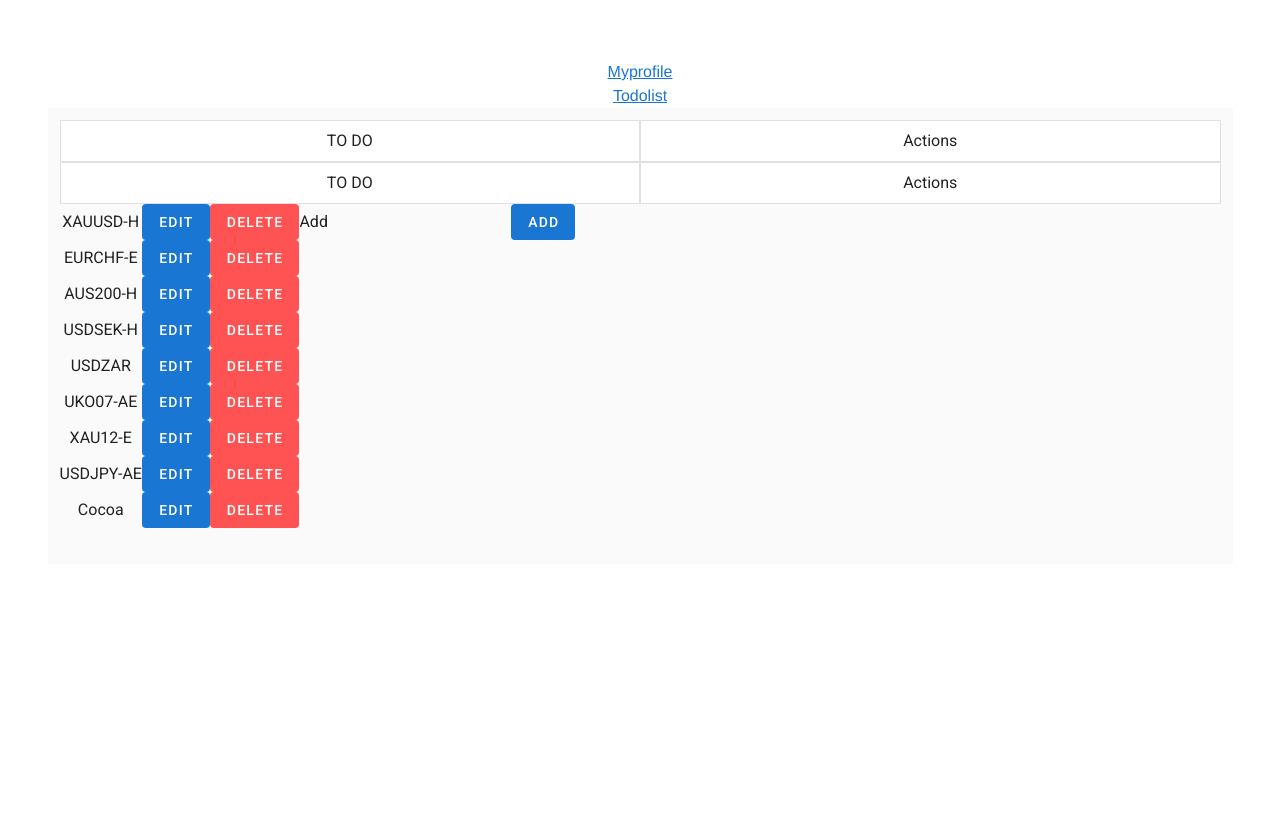
Repository: Shanshan67/todolist
Page: /#/todolist
An editor plug-in stored every save of this project. The page is shown before and after the next save, followed by the edit.
The browser window is 1280 px wide. The pictures show the whole page.
The project was rebuilt for these pictures with package versions that can differ from the ones it lists, and the page was loaded fresh each time. Requests to the local data server were answered from the project's data file. Also part of the build but not shown: src/pages/Dashboard.vue, src/components/Search.vue, src/components/List.vue, src/pages/Myprofile.vue.

Above is the page before, as saved 2022-07-20 19:46:37.

### index.html
<!DOCTYPE html>
<html>
  <head>
    <meta charset="utf-8">
    <meta name="viewport" content="width=device-width,initial-scale=1.0">
    <link href="https://fonts.googleapis.com/css?family=Roboto:100,300,400,500,700,900" rel="stylesheet">
    <link href="https://cdn.jsdelivr.net/npm/@mdi/font@6.x/css/materialdesignicons.min.css" rel="stylesheet">
    <title>baoge</title>
  </head>
  <body>
    <div id="app"></div>
    <!-- built files will be auto injected -->
  </body>
</html>

### src/main.js
// The Vue build version to load with the `import` command
// (runtime-only or standalone) has been set in webpack.base.conf with an alias.
import Vue from 'vue'
import App from './App'
import router from './router'
import store from './store'
import './plugins/vuetify'
import vuetify from '@/plugins/vuetify'

Vue.config.productionTip = false

/* eslint-disable no-new */
new Vue({
  el: '#app',
  router,
  store,
  vuetify,
  components: { App },
  template: '<App/>'
})

### src/App.vue
<template>
  <v-app>
    <div>
      <HelloWorld/>
    </div>
    <div>
      <router-link to="/profile">Myprofile</router-link>
      <v-spacer></v-spacer>
      <router-link to="/todolist">Todolist</router-link>
    </div>
    <v-content>
      <router-view/>
    </v-content>
  </v-app>
</template>

<script>
import Dashboard from './pages/Dashboard.vue';
export default {
    name: "App",
    components: { Dashboard }
}
</script>

<style>
#app {
  font-family: 'Avenir', Helvetica, Arial, sans-serif;
  -webkit-font-smoothing: antialiased;
  -moz-osx-font-smoothing: grayscale;
  text-align: center;
  color: #2c3e50;
  margin-top: 60px;
}
</style>

### src/router/index.js
import Vue from 'vue'
import Router from 'vue-router'
import Dashboard from '@/pages/Dashboard'
import Myprofile from '../pages/Myprofile'
import Todolist from '../pages/Todolist'

Vue.use(Router)

export default new Router({
  routes: [
    {
      path: '/',
      name: 'Dashboard',
      component: Dashboard
    },
    {
			path:'/profile',
			component:Myprofile
		},
		{
			path:'/todolist',
			component:Todolist
		}
  ]
})

### src/store/index.js
import Vue from 'vue'
import Vuex from 'vuex'
import Axios from "axios"

Vue.use(Vuex)

const todoUrl = "http://localhost:3000/todos";

const actions = {
	searchName(context,value){
		Axios.get(`${todoUrl}/${value}`).then(response => {
            context.commit('searchName', response.data);
			console.log(response.data)
        });
	}
}


const mutations = {
	searchName(state,data){
		state.users = data
	}
}

const state = {
	users:[]
}

export default new Vuex.Store({
	state,
	actions,
	mutations
})

### src/plugins/vuetify.js
// src/plugins/vuetify.js

import Vue from 'vue'
import Vuetify from 'vuetify'
import 'vuetify/dist/vuetify.min.css'

Vue.use(Vuetify, {
    iconfont: 'md',
    theme:{
        primary: '#962ff',
        success: '#3cd1c2',
        info: '#ffaa2c',
        error: '#f83e70',
    }
})

const opts = {}

export default new Vuetify(opts)

### src/pages/Todolist.vue
<template>
	<div>
		<v-app id="inspire">
    		<v-container class="grey lighten-5">
				<v-row class="mb-6" no-gutters>
					<v-col sm="5" md="6">
						<v-card class="pa-2" outlined tile>TO DO</v-card>
					</v-col>
					<v-col sm="5" offset-sm="2" md="6" offset-md="0">
          				<v-card class="pa-2" outlined tile>Actions</v-card>
        			</v-col>

					<v-col sm="5" md="6">
						<v-card class="pa-2" outlined tile>TO DO</v-card>
					</v-col>
					<v-col sm="5" offset-sm="2" md="6" offset-md="0">
          				<v-card class="pa-2" outlined tile>Actions</v-card>
        			</v-col>

					<tbody>
						<tr v-for="(item, i) in todoList" :key="i">
							<td class="align-middle w-75">
								{{item.name}}
							</td>
							<td class="align-middle text-center w-75">
								<v-btn
        							depressed
        							color="primary"
									@click="handleEdit(item.id)">Edit</v-btn>
      		 					<v-btn
        							depressed
        							color="error"
									@click="handleDelete(item.id)">Delete</v-btn>
							</td>
						</tr>
					</tbody>
					<tfoot>
						<td class="align-middle text-center w-75">
							<div class="form-group">
								<label for="">
									{{ editMode ? "Edit" : "Add" }}</label>
								<input
									type="text"
									class="form-control"
									v-model="todoItem.name"
								/>
							</div>
						</td>
						<td class="align-middle text-center w-25">
							<v-btn
        						depressed
        						color="primary"
								@click="handleToDoItem">{{ editMode ? "Edit" : "Add" }}</v-btn>
							<v-btn
								v-if="editMode"
        						depressed
        						color="error"
								@click="handleCancel">Cancel</v-btn>
						</td>
					</tfoot>
				</v-row>
			</v-container>
  		</v-app>
	</div>
</template>

<script>
	import Axios from "axios";
	const todoUrl = "http://localhost:3000/todos";
	export default {
		name:'Todolist',
		data() {
			return {
				todoList:[],
				todoItem:{},
				editMode:false
			}
		},
		methods: {
			handleEdit(id){
				this.editMode=true;
				this.todoItem=this.todoList.find((item) => item.id == id);
			},
			handleCancel() {
				this.editMode=false;
				this.todoItem="";
			},
			async handleToDoItem(){
				const id=this.todoItem.id;
				if(this.editMode){
					await Axios.put(`${todoUrl}/${id}`, this.todoItem);
					this.editMode=false;
					this.todoItem.name="";
				}else{
					await Axios.post(todoUrl, this.todoItem);
					this.todoItem.name = "";
				}
				Axios.get(todoUrl).then((response) => (this.todoList = response.data));
			},
			async handleDelete(id) {
				await Axios.delete(`${todoUrl}/${id}`);
				Axios.get(todoUrl).then((response) => (this.todoList = response.data));
			}
		},
		created() {
			Axios.get(todoUrl).then((response) => (this.todoList = response.data));
		}
	}
</script>

### db.json
{
  "todos": [
    {
      "id": 2,
      "server_id": 3,
      "name": "XAUUSD-H",
      "description": "Gold vs USD",
      "currency": "USD",
      "type": 4,
      "digits": 2,
      "trade": 0,
      "swap_long": -1.83625,
      "swap_short": 1.82325,
      "contract_size": 100
    },
    {
      "id": 3,
      "server_id": 3,
      "name": "EURCHF-E",
      "description": "Euro vs Swiss Franc",
      "currency": "EUR",
      "type": 6,
      "digits": 5,
      "trade": 0,
      "swap_long": 0.027,
      "swap_short": -0.825,
      "contract_size": 100000
    },
    {
      "id": 4,
      "server_id": 3,
      "name": "AUS200-H",
      "description": "S&P/ASX200",
      "currency": "AUD",
      "type": 4,
      "digits": 2,
      "trade": 0,
      "swap_long": 0.68,
      "swap_short": -1.06,
      "contract_size": 1
    },
    {
      "id": 5,
      "server_id": 3,
      "name": "USDSEK-H",
      "description": "US Dollar vs Swedish Krona",
      "currency": "USD",
      "type": 4,
      "digits": 5,
      "trade": 0,
      "swap_long": 0.256,
      "swap_short": -1.44,
      "contract_size": 100000
    },
    {
      "id": 6,
      "server_id": 3,
      "name": "USDZAR",
      "description": "US Dollar vs South African Rand",
      "currency": "USD",
      "type": 0,
      "digits": 5,
      "trade": 2,
      "swap_long": -23.004,
      "swap_short": 5.88,
      "contract_size": 100000
    },
    {
      "id": 8,
      "server_id": 3,
      "name": "UKO07-AE",
      "description": "Brent Crude Oil Cash Future 0124-0530",
      "currency": "USD",
      "type": 29,
      "digits": 3,
      "trade": 0,
      "swap_long": -8.604,
      "swap_short": 4.626,
      "contract_size": 1000
    },
    {
      "id": 9,
      "server_id": 3,
      "name": "XAU12-E",
      "description": "Gold Future",
      "currency": "USD",
      "type": 4,
      "digits": 2,
      "trade": 0,
      "swap_long": -11.088,
      "swap_short": 0.792,
      "contract_size": 100
    },
    {
      "id": 10,
      "server_id": 3,
      "name": "USDJPY-AE",
      "description": "US Dollar vs Japanese Yen",
      "currency": "USD",
      "type": 27,
      "digits": 3,
      "trade": 0,
      "swap_long": 1.35,
      "swap_short": -4.191,
      "contract_size": 100000
    },
    {
      "id": 11,
      "server_id": 3,
      "name": "Cocoa",
      "description": "US Cocoa",
      "currency": "USD",
      "type": 20,
      "digits": 1,
      "trade": 0,
      "swap_long": -12.3289,
      "swap_short": 7.3873,
      "contract_size": 10
    }
  ]
}

After the next save:
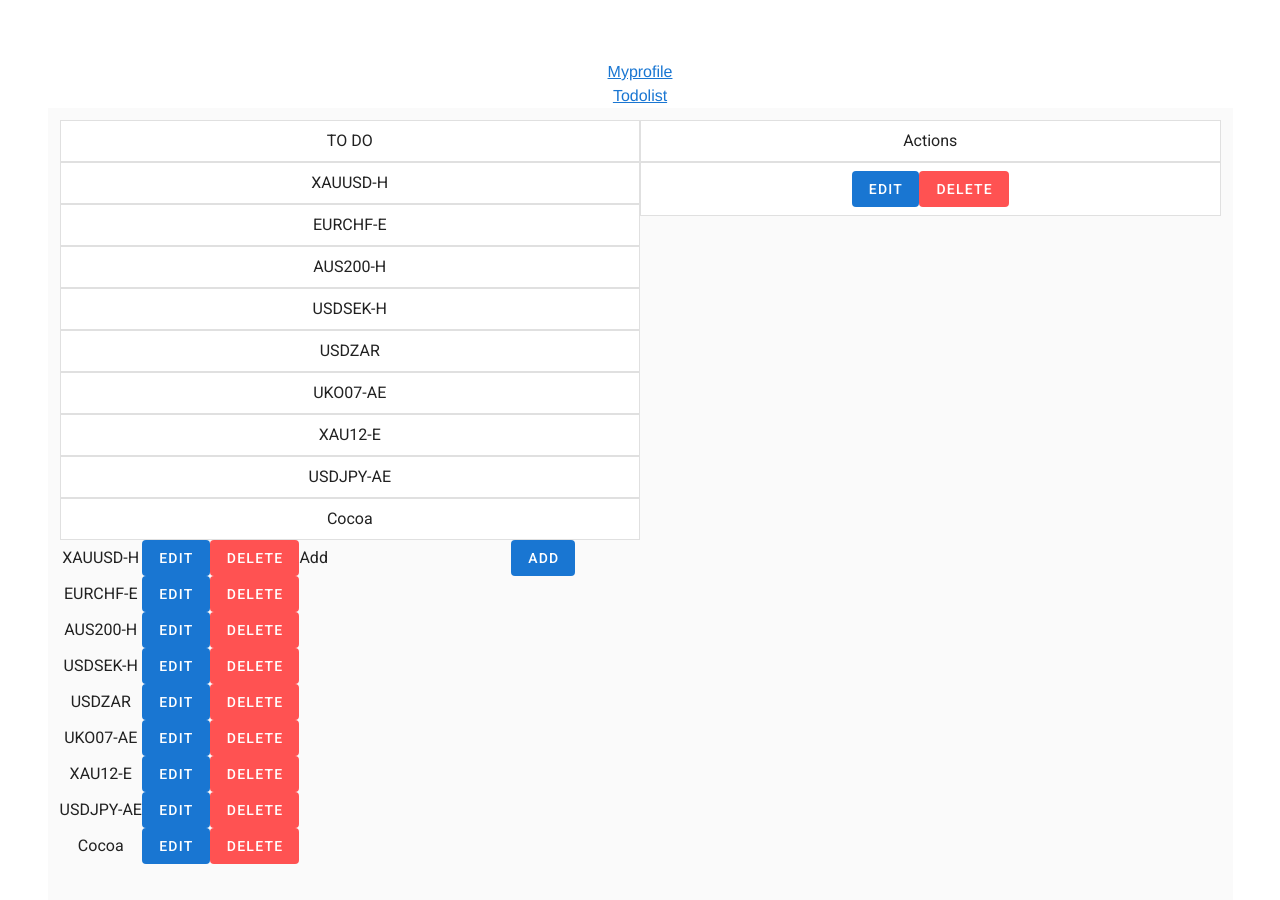
Saved 2 min 3 s later.
--- a/src/pages/Todolist.vue
+++ b/src/pages/Todolist.vue
@@ -11,10 +11,20 @@
         			</v-col>
 
 					<v-col sm="5" md="6">
-						<v-card class="pa-2" outlined tile>TO DO</v-card>
+						<v-card class="pa-2" outlined tile
+							v-for="(item, i) in todoList" :key="i">
+							{{item.name}}</v-card>
 					</v-col>
 					<v-col sm="5" offset-sm="2" md="6" offset-md="0">
-          				<v-card class="pa-2" outlined tile>Actions</v-card>
+          				<v-card class="pa-2" outlined tile>
+							<v-btn
+        							depressed
+        							color="primary"
+									@click="handleEdit(item.id)">Edit</v-btn>
+      		 					<v-btn
+        							depressed
+        							color="error"
+									@click="handleDelete(item.id)">Delete</v-btn></v-card>
         			</v-col>
 
 					<tbody>
